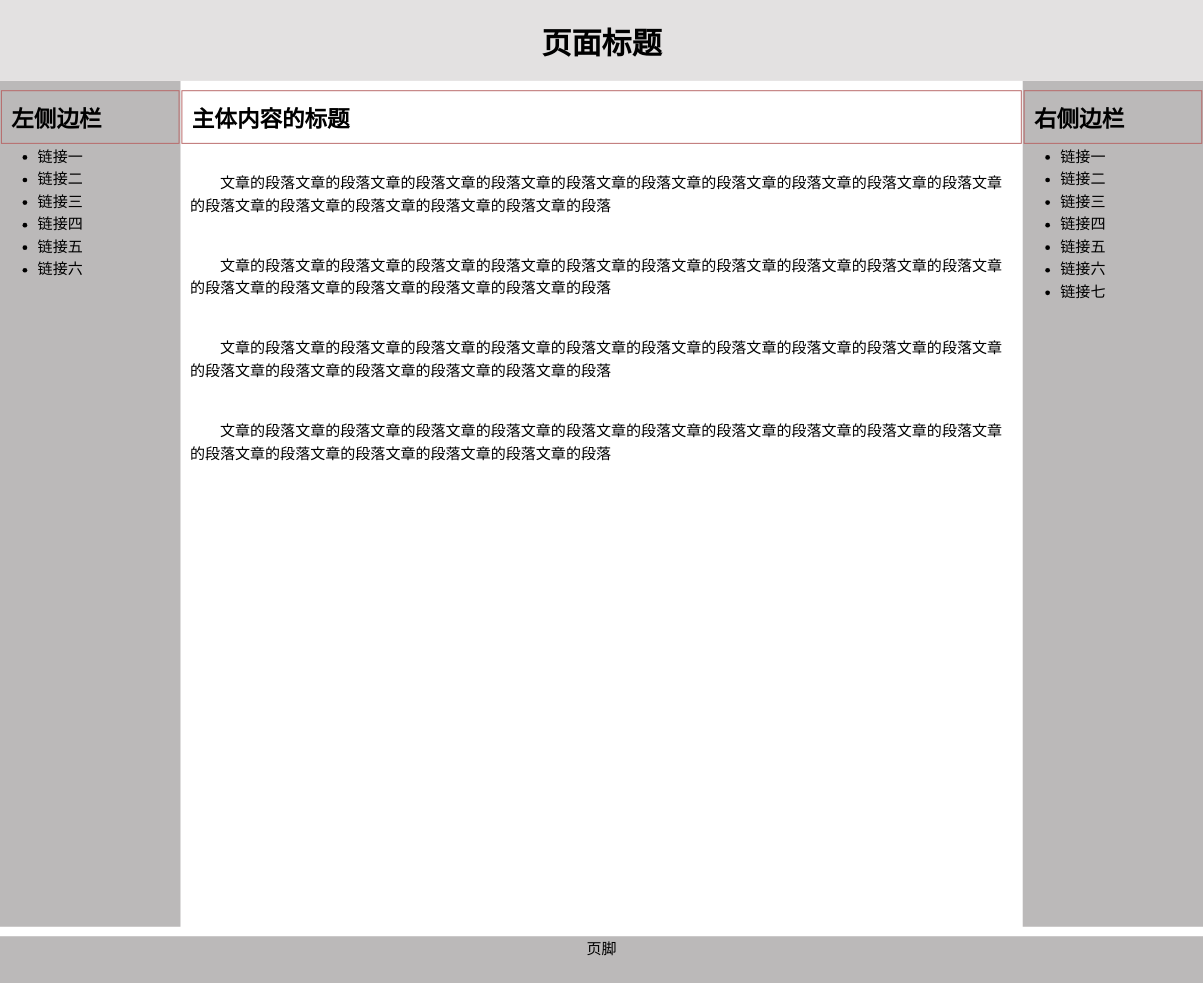
Repository: LstHeart/html-learning
Page: css/案例作业.html
The author's editor kept a copy of each file at every save. The page is drawn from the files as they stood at one save, then again after the next save.
The browser window is 1280 px wide. The pictures show the whole page, at 94% of full size.

Above is the page before, as saved 2021-01-05 21:17:18.

### css/案例作业.html
<!DOCTYPE html>
<html lang="en">

<head>
    <meta charset="UTF-8">
    <title>Title</title>
    <link rel="stylesheet" href="demo1.css">
</head>

<body>
    <h1>页面标题</h1>
    <div class="content">
        <div class="left">
            <h2>左侧边栏</h2>
            <ul>
                <li>链接一</li>
                <li>链接二</li>
                <li>链接三</li>
                <li>链接四</li>
                <li>链接五</li>
                <li>链接六</li>
            </ul>
        </div>
        <div class="center">
            <h2>主体内容的标题</h2>
            <p>文章的段落文章的段落文章的段落文章的段落文章的段落文章的段落文章的段落文章的段落文章的段落文章的段落文章的段落文章的段落文章的段落文章的段落文章的段落文章的段落</p>
            <p>文章的段落文章的段落文章的段落文章的段落文章的段落文章的段落文章的段落文章的段落文章的段落文章的段落文章的段落文章的段落文章的段落文章的段落文章的段落文章的段落</p>
            <p>文章的段落文章的段落文章的段落文章的段落文章的段落文章的段落文章的段落文章的段落文章的段落文章的段落文章的段落文章的段落文章的段落文章的段落文章的段落文章的段落</p>
            <p>文章的段落文章的段落文章的段落文章的段落文章的段落文章的段落文章的段落文章的段落文章的段落文章的段落文章的段落文章的段落文章的段落文章的段落文章的段落文章的段落</p>
        </div>
        <div class="right">
            <h2>右侧边栏</h2>
            <ul>
                <li>链接一</li>
                <li>链接二</li>
                <li>链接三</li>
                <li>链接四</li>
                <li>链接五</li>
                <li>链接六</li>
                <li>链接七</li>
            </ul>
        </div>
    </div>
    <div class="footer">
        页脚
    </div>
</body>

</html>

### css/demo1.css
*{
    margin: 0;
    padding: 0;
}
H1{
    margin: 0 auto;
    background-color: #e3e1e1;
    text-align: center;
    padding: 20px 0;
    /*overflow: hidden;*/

}
.content{
    width: 100%;
    height: 900px;

    /*position: absolute;*/
    /*float: left;*/
    /*position: relative;*/
    /*background-color: #1b24c6;*/
    overflow: hidden;
}
.left,.center,.right{
    /*display: inline-block;*/
    /*margin-right: 2.5%;*/
    /*height: 500px;*/
    /*width: 300px;*/
    padding-top: 10px;
    float: left;

    /*background-color: #fff;*/
}
H2{
    padding: 10px;
    border: #b76666 1px solid;
    margin: 0 1px;
}
.content ul{
    margin-left: 40px;
}
.content .left,.right{
    /*padding: 10px;*/
    background-color: #bbb9b9;
    width: 15%;
    height: 100%;
    /*opacity: 0.5;*/
}
.content .center{
    /*background-color: #8b8888;*/
    width: 70%;

}
.center p{
    text-indent: 2em;
    line-height: 1.5;
    margin: 20px 0;
    padding: 10px
}
.footer{
    background-color: #bbb9b9;
    margin-top: 10px;
    height: 50px;
    text-align: center;
}

After the next save:
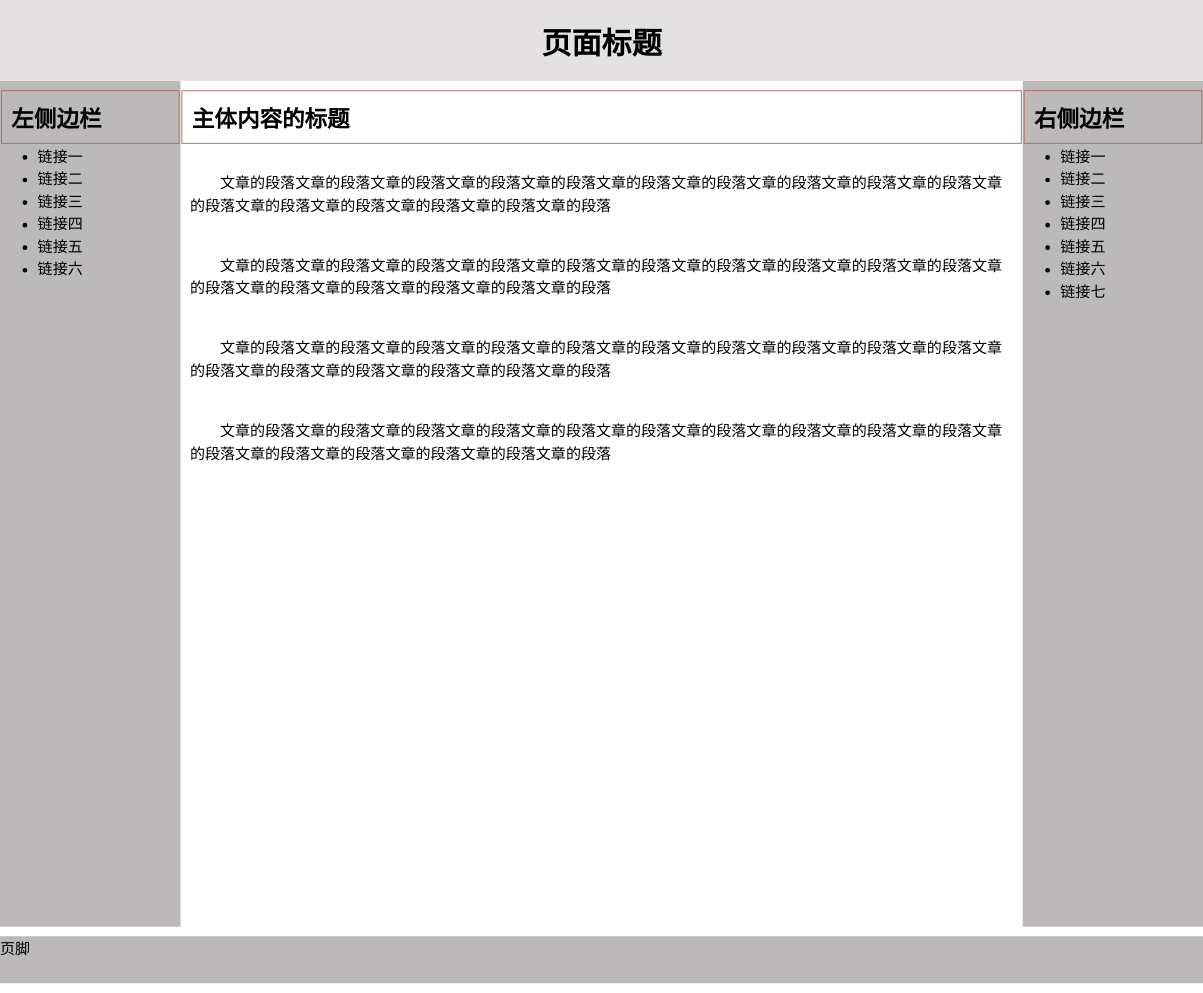
Saved 23 s later.
--- a/css/demo1.css
+++ b/css/demo1.css
@@ -58,7 +58,7 @@ H2{
 }
 .footer{
     background-color: #bbb9b9;
-    margin-top: 10px;
+    margin: 10px auto;
     height: 50px;
-    text-align: center;
+    /* text-align: center; */
 }
